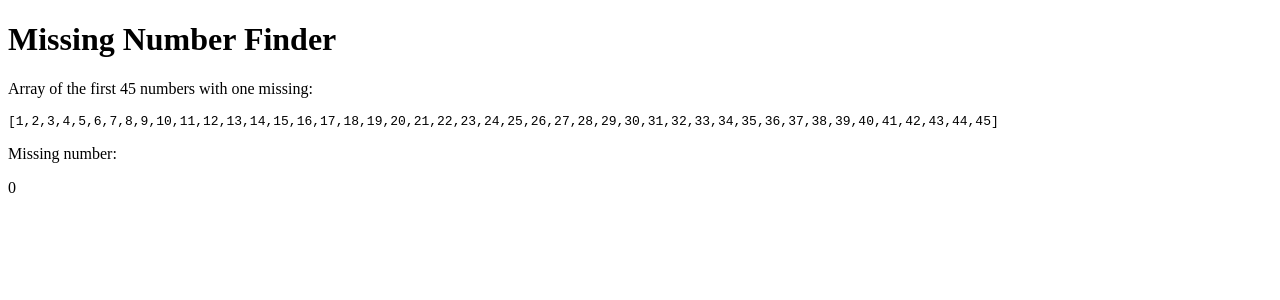
Repository: devblackie/missingNumberFinder
Page: index.html
The author's editor kept a copy of each file at every save. The page is drawn from the files as they stood at one save, then again after the next save.
The browser window is 1280 px wide. The pictures show the whole page.

Above is the page before, as saved 2023-08-23 14:54:08.

### index.html
<!DOCTYPE html>
<html lang="en">
  <head>
    <meta charset="UTF-8" />
    <meta name="viewport" content="width=device-width, initial-scale=1.0" />
    <title>Missing Integer Finder</title>
  </head>
  <body>
    <h1>Missing Number Finder</h1>

    <p>Array of the first 45 numbers with one missing:</p>
    <pre id="numbers"></pre>

    <p>Missing number:</p>
    <p id="missingNumber"></p>
    <script src="index.js"></script>
  </body>
</html>

### index.js
function findMissingNumber(arr) {
  const n = 45; // Total number of integers
  const totalSum = (n * (n + 1)) / 2; // Sum of the first n integers
  const arraySum = arr.reduce((acc, num) => acc + num, 0); // Sum of elements in the array

  return totalSum - arraySum;
}

const numbers = [
  1, 2, 3, 4, 5, 6, 7, 8, 9, 10, 11, 12, 13, 14, 15, 16, 17, 18, 19, 20, 21, 22,
  23, 24, 25, 26, 27, 28, 29, 30, 31, 32, 33, 34, 35, 36, 37, 38, 39, 40, 41,
  42, 43, 44, 45,
]; // Array of the first 45 numbers with one missing
const missingNumber = findMissingNumber(numbers);

document.getElementById("numbers").textContent = JSON.stringify(numbers);
document.getElementById("missingNumber").textContent = missingNumber;

After the next save:
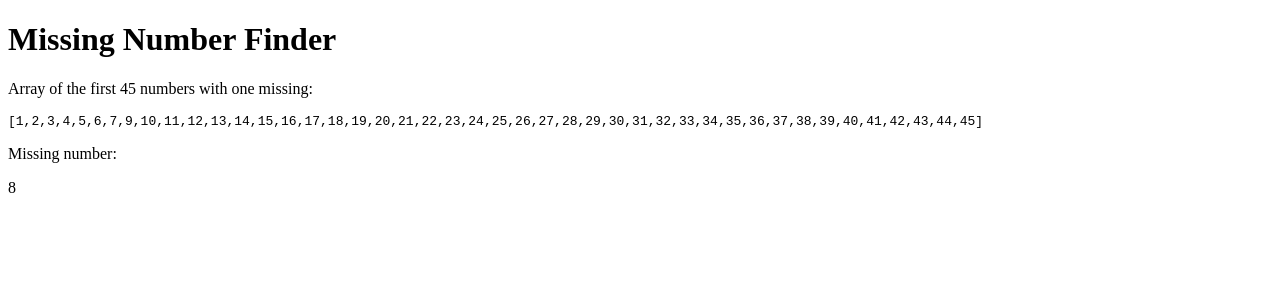
Saved 15 s later.
--- a/index.js
+++ b/index.js
@@ -7,7 +7,7 @@
 }
 
 const numbers = [
-  1, 2, 3, 4, 5, 6, 7, 8, 9, 10, 11, 12, 13, 14, 15, 16, 17, 18, 19, 20, 21, 22,
+  1, 2, 3, 4, 5, 6, 7,  9, 10, 11, 12, 13, 14, 15, 16, 17, 18, 19, 20, 21, 22,
   23, 24, 25, 26, 27, 28, 29, 30, 31, 32, 33, 34, 35, 36, 37, 38, 39, 40, 41,
   42, 43, 44, 45,
 ]; // Array of the first 45 numbers with one missing

After the 3 saves that followed:
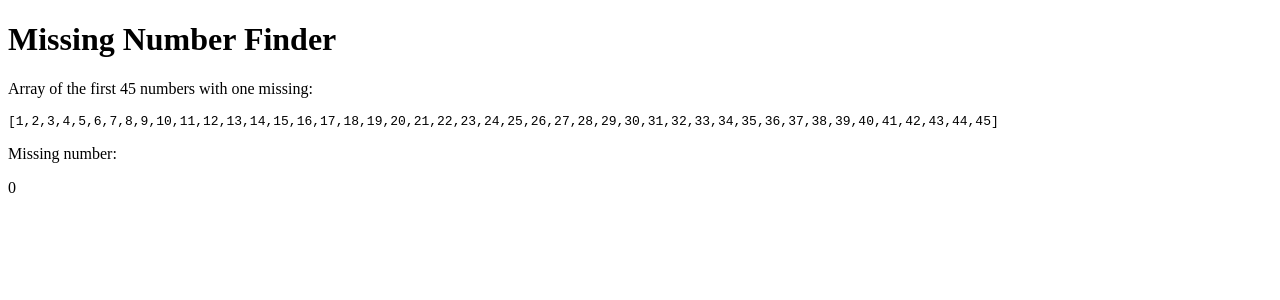
The 3 saves are shown as one change because 1 left the picture as it was and some came seconds apart.
The last was saved 16 s later.
--- a/index.js
+++ b/index.js
@@ -7,7 +7,7 @@
 }
 
 const numbers = [
-  1, 2, 3, 4, 5, 6, 7,  9, 10, 11, 12, 13, 14, 15, 16, 17, 18, 19, 20, 21, 22,
+  1, 2, 3, 4, 5, 6, 7,8, 9, 10, 11, 12, 13, 14, 15, 16, 17, 18, 19, 20, 21, 22,
   23, 24, 25, 26, 27, 28, 29, 30, 31, 32, 33, 34, 35, 36, 37, 38, 39, 40, 41,
   42, 43, 44, 45,
 ]; // Array of the first 45 numbers with one missing
